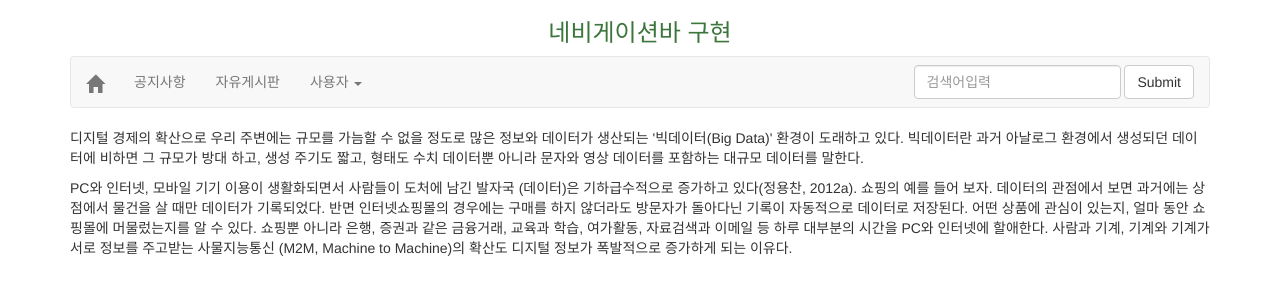
Repository: RYE415/4.jsp
Page: BootstrapTest/src/main/webapp/8.navigationbar/2.navbardropdown.html
These files come from the project's save history. The page is drawn as it stood at one moment and after the next save; the edit follows.
The browser window is 1280 px wide. The pictures show the whole page.
Some web libraries are served in a nearby version.

Above is the page before, as saved 2022-08-10 06:19:16.

### BootstrapTest/src/main/webapp/8.navigationbar/2.navbardropdown.html
<!DOCTYPE html>
<html lang="ko">
  <head>
    <meta charset="utf-8">
    <meta http-equiv="X-UA-Compatible" content="IE=edge">
    <meta name="viewport" content="width=device-width, initial-scale=1">
    <!-- 위 3개의 메타 태그는 *반드시* head 태그의 처음에 와야합니다; 어떤 다른 콘텐츠들은 반드시 이 태그들 *다음에* 와야 합니다 -->
    <title>예제</title>

    <!-- 부트스트랩 -->
    <link href="../css/bootstrap.min.css" rel="stylesheet">

    <!-- IE8 에서 HTML5 요소와 미디어 쿼리를 위한 HTML5 shim 와 Respond.js -->
    <!-- WARNING: Respond.js 는 당신이 file:// 을 통해 페이지를 볼 때는 동작하지 않습니다. -->
    <!--[if lt IE 9]>
      <script src="https://oss.maxcdn.com/html5shiv/3.7.2/html5shiv.min.js"></script>
      <script src="https://oss.maxcdn.com/respond/1.4.2/respond.min.js"></script>
    <![endif]-->
  </head>
  <body>
    <h3 class="text-success text-center">네비게이션바 구현</h3>
    <div class="container">
    <!--
    .navbar {
    display: none;
  	}

  	.navbar-default {
 	 background-color: #f8f8f8; /*navbar의 색상과 테두리색 설정*/
 	 border-color: #e7e7e7;

 	 .navbar-header {
     float: left; /*왼쪽을 기준으로 배치*/
 	 }
	}
     -->
    	<!-- 상단메뉴 및 서브메뉴 포함된 bar 생성 -->
    	<nav class="navbar navbar-default role="navigation"><!-- 상단메뉴 및 서브메뉴 포함된 bar 생성 -->
    		<div class="navbar-header">
    		<!-- pc화면과 모바일 화면의 전환 효과
    		1.navbar-toggle=>네비게이션의 화면출력유무(모바일 화면으로 전환할 때 우측 상단의 메뉴 클릭)
    		1.data-toggle="collapse" =>모바일 상태에서 클릭하면 메뉴가 나오게 설정
    		3.data-target="찾아가는 클래스 선택자(navbar-ex1-collapse)"
    						(모바일 상태의 메뉴 동작과 연동 부분)
    		 -->
    			<button type="button" class="navbar-toggle"
    				data-toggle="collapse" data-target=".navbar-ex1-collapse">
    				<span class="sr-only">navigation title</span>
    				<span class="icon-bar"></span><!-- 영역설정 -->
    			</button>
    			<!--
    			.navbar-brand {/*로고를 기준으로 해서 왼쪽 정렬*/
    			.navbar-brand {
				 float: left;
				 height: 50px;
				 padding: 15px 15px;
				 font-size: 18px;
				 line-height: 20px;
				}
    			}
    			.glyphicon {
				  position: relative;
				  top: 1px;
				  display: inline-block;
				  font-family: 'Glyphicons Halflings';
				  font-style: normal;
				  font-weight: normal;
				  line-height: 1;

				  -webkit-font-smoothing: antialiased;
				  -moz-osx-font-smoothing: grayscale;
				}
    			 -->
    			<a class="navbar-brand glyphicon" href="index.jsp">
    				<span class="glyphicon glyphicon-home"></span>
    			</a>
    		</div>
    		<!--
    		 pc와 모바일 부분이 같게 나오게 설정하는 부분
    		 모바일 상태에서 나오게 설정하는 부분(메뉴)
    		 nav->display:block;
    		 1.navbar-nav->네비게이션바의 메뉴 설정할 때 사용
    		 	.navbar-nav{
    		 		margin:7.5px -15px;
    		 	}
    		 2.collapse-> 맨 처음에는 메뉴가 안나오게 설정
    		 3.navbar-ex1-collapse->모바일 상태에서 찾아가게 해주는 선택자
    		 4.navbar-collapse->네비게이션바의 주메뉴의 출력부분 설정할 때
    		-->
    		<div class="collapse navbar-collapse navbar-ex1-collapse">
    			<ul class="nav navbar-nav">
    				<li><a href="#">공지사항</a></li>
    				<li><a href="#">자유게시판</a></li>
    				<!-- <li><a href="#">Q&A</a></li> -->
    				<li class="dropdown">
		     		<a data-toggle="dropdown" href="#">사용자
		     		<span class="caret"></span></a><!-- 이벤트대상 -->
		     		<ul class="dropdown-menu">
		     		<li><a href="#">회원로그인</a></li>
		     		<li><a href="#">자유게시판</a></li>
		     		<li><a href="#">설문조사</a></li>
		     		<li class="divider"></li><!-- 분리선 -->
		     		<li><a href="#">관리자</a></li>
		     		</ul>
     			</li>
    			</ul>
    			<!--
    			검색폼(role="search")과 버튼 추가
    			1.navbar-form=>네비게이션바에 추가된 폼
    			2.네비게이션의 항목->navbar-right(선택자)=>오른쪽에 배치
    			.navbar-form {
			  	padding: 10px 15px;
			  	margin-top: 8px;
			  	margin-right: -15px;
			  	margin-bottom: 8px;
			  	margin-left: -15px;
			  	border-top: 1px solid transparent;
			  	border-bottom: 1px solid transparent;
			  	-webkit-box-shadow: inset 0 1px 0 rgba(255, 255, 255, .1), 0 1px 0 rgba(255, 255, 255, .1);
			          box-shadow: inset 0 1px 0 rgba(255, 255, 255, .1), 0 1px 0 rgba(255, 255, 255, .1);
				}
    			-->
    			<form class="navbar-form navbar-right" role="search">
    				<div class="form-group">
    					<input type="text" class="form-control" placeholder="검색어입력">
    				</div>
    				<button type="button" class="btn btn-default">Submit</button>
    			</form>

    		</div>
    	</nav>
    	<article><!-- 본문내용 -->
    	<p>
       디지털 경제의 확산으로 우리 주변에는 규모를 가늠할 수 없을 정도로 많은 정보와
        데이터가 생산되는 '빅데이터(Big Data)' 환경이 도래하고 있다.
        빅데이터란 과거 아날로그 환경에서 생성되던 데이터에 비하면 그 규모가 방대
        하고, 생성 주기도 짧고, 형태도 수치 데이터뿐 아니라 문자와 영상 데이터를
        포함하는 대규모 데이터를 말한다.
     </p>
     <p>
     PC와 인터넷, 모바일 기기 이용이 생활화되면서 사람들이 도처에 남긴 발자국
     (데이터)은 기하급수적으로 증가하고 있다(정용찬, 2012a). 쇼핑의 예를 들어
     보자. 데이터의 관점에서 보면 과거에는 상점에서 물건을 살 때만 데이터가
     기록되었다. 반면 인터넷쇼핑몰의 경우에는 구매를 하지 않더라도 방문자가
      돌아다닌 기록이 자동적으로 데이터로 저장된다.
       어떤 상품에 관심이 있는지, 얼마 동안 쇼핑몰에 머물렀는지를 알 수 있다.
      쇼핑뿐 아니라 은행, 증권과 같은 금융거래, 교육과 학습, 여가활동, 자료검색과
       이메일 등 하루 대부분의 시간을 PC와 인터넷에 할애한다.
       사람과 기계, 기계와 기계가 서로 정보를 주고받는 사물지능통신
       (M2M, Machine to Machine)의 확산도 디지털 정보가 폭발적으로 증가하게
        되는 이유다.
     </p>
    	</article>
    </div>

    <!-- jQuery (부트스트랩의 자바스크립트 플러그인을 위해 필요합니다) -->
    <script src="https://ajax.googleapis.com/ajax/libs/jquery/1.11.2/jquery.min.js"></script>
    <!-- 모든 컴파일된 플러그인을 포함합니다 (아래), 원하지 않는다면 필요한 각각의 파일을 포함하세요 -->
    <script src="../js/bootstrap.min.js"></script>
  </body>
</html>

Loaded but not shown: BootstrapTest/src/main/webapp/css/bootstrap.min.css (library); BootstrapTest/src/main/webapp/js/bootstrap.min.js (library)

After the next save:
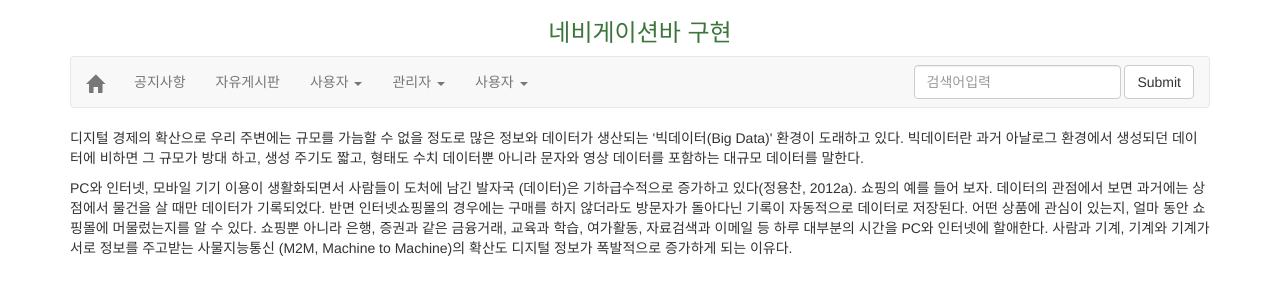
Saved 2 min 35 s later.
--- a/BootstrapTest/src/main/webapp/8.navigationbar/2.navbardropdown.html
+++ b/BootstrapTest/src/main/webapp/8.navigationbar/2.navbardropdown.html
@@ -103,6 +103,31 @@
 		     		<li><a href="#">관리자</a></li>
 		     		</ul>
      			</li>
+
+     			<!-- 드롭다운 부분을 추가2 -->
+     			<li class="dropdown">
+		     		<a data-toggle="dropdown" href="#">관리자
+		     		<span class="caret"></span></a><!-- 이벤트대상 -->
+		     		<ul class="dropdown-menu">
+		     		<li><a href="#">관리자 로그인</a></li>
+		     		<li><a href="#">공지사항</a></li>
+		     		<li><a href="#">통계처리</a></li>
+		     		</ul>
+     			</li>
+
+     			<!-- 드롭다운 부분을 추가3 -->
+     			<li class="dropdown">
+		     		<a data-toggle="dropdown" href="#">사용자
+		     		<span class="caret"></span></a><!-- 이벤트대상 -->
+		     		<ul class="dropdown-menu">
+		     		<li><a href="#">회원로그인</a></li>
+		     		<li><a href="#">자유게시판</a></li>
+		     		<li><a href="#">설문조사</a></li>
+		     		<li class="divider"></li><!-- 분리선 -->
+		     		<li><a href="#">관리자</a></li>
+		     		</ul>
+     			</li>
+
     			</ul>
     			<!--
     			검색폼(role="search")과 버튼 추가
